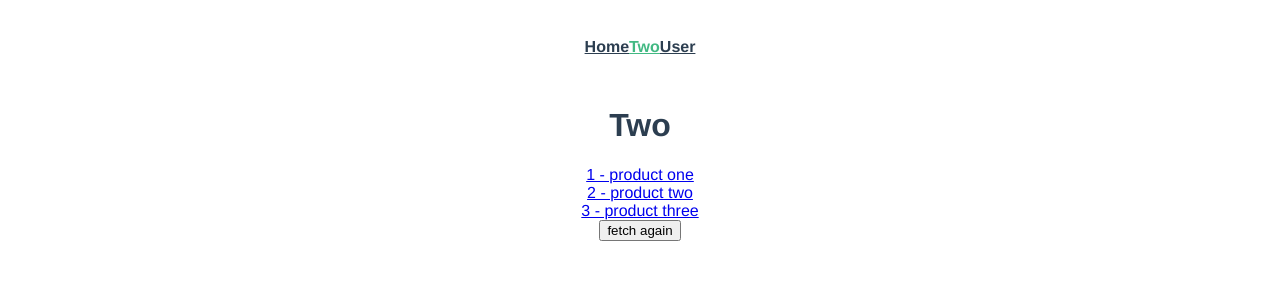
Repository: wolkenheim/vue2-typescript-rxjs-playground
Page: /two
These files come from the project's save history. The page is drawn as it stood at one moment and after the next save; the edit follows.
The browser window is 1280 px wide. The pictures show the whole page.
The project was rebuilt for these pictures with package versions that can differ from the ones it lists, and the page was loaded fresh each time. Requests to the local data server were answered from the project's data file. Also part of the build but not shown: src/components/BriefingList.vue, src/components/BriefingDetail.vue.

Above is the page before, as saved 2020-11-05 20:20:24.

After the next save:
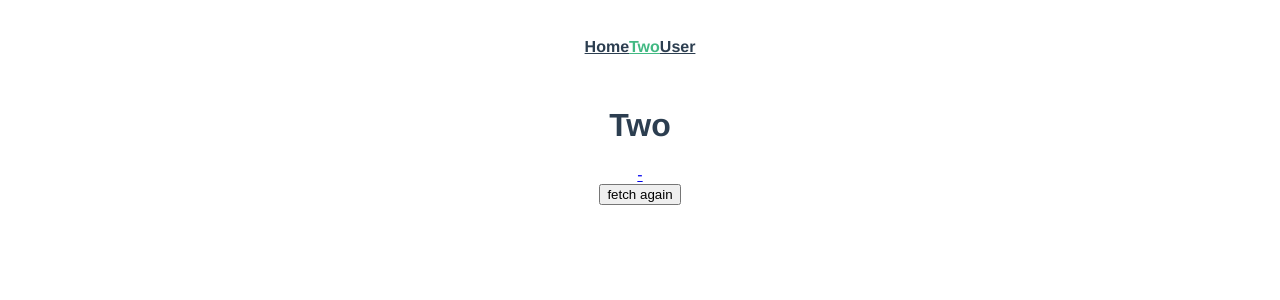
Saved 2 min 6 s later.
--- a/src/components/BriefingListTwo.vue
+++ b/src/components/BriefingListTwo.vue
@@ -46,7 +46,7 @@
       }
     );
 
-    briefingsServiceReactive.getBriefings();
+    // briefingsServiceReactive.getBriefings();
   }
 
   beforeDestroy() {

After the save that followed:
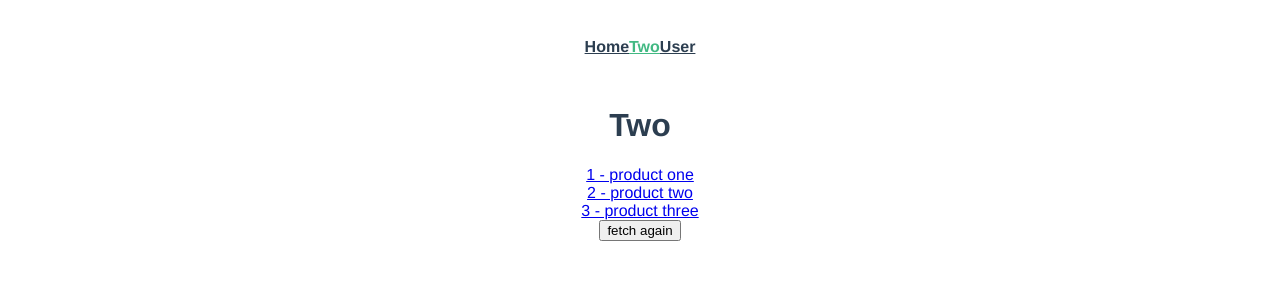
Saved 16 s later.
--- a/src/components/BriefingListTwo.vue
+++ b/src/components/BriefingListTwo.vue
@@ -41,12 +41,12 @@
   fetchAllBriefingsReactive() {
     this.briefingListHandle = briefingsServiceReactive.state$.subscribe(
       (briefingList) => {
-        console.log("Briefing Two got briefings");
+        console.log("Briefing Two got briefings", briefingList);
         this.briefingList = briefingList;
       }
     );
 
-    // briefingsServiceReactive.getBriefings();
+    briefingsServiceReactive.getBriefings();
   }
 
   beforeDestroy() {
